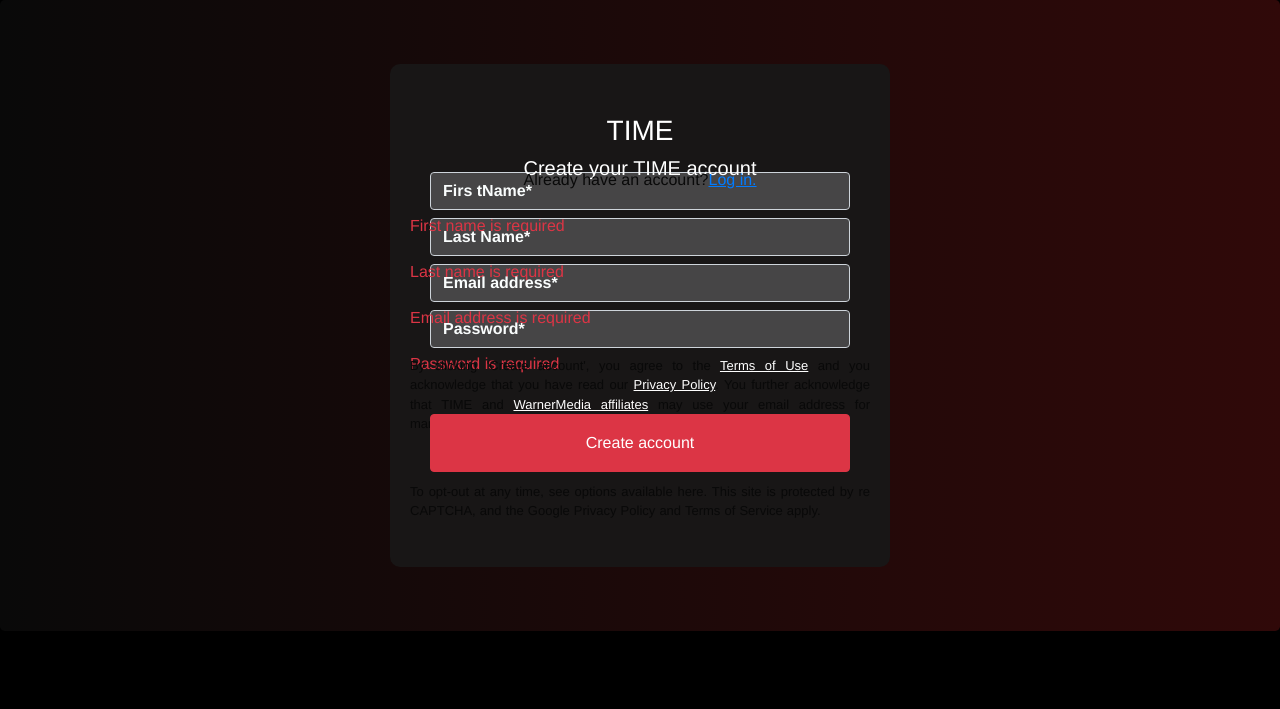
Repository: Vu14082002/WebTinTuc
Page: html/SignUp.html
The author's editor kept a copy of each file at every save. The page is drawn from the files as they stood at one save, then again after the next save.
The browser window is 1280 px wide. The pictures show the whole page.
Some web libraries are served in a nearby version.

Above is the page before, as saved 2022-04-09 14:42:49.

After the next save:
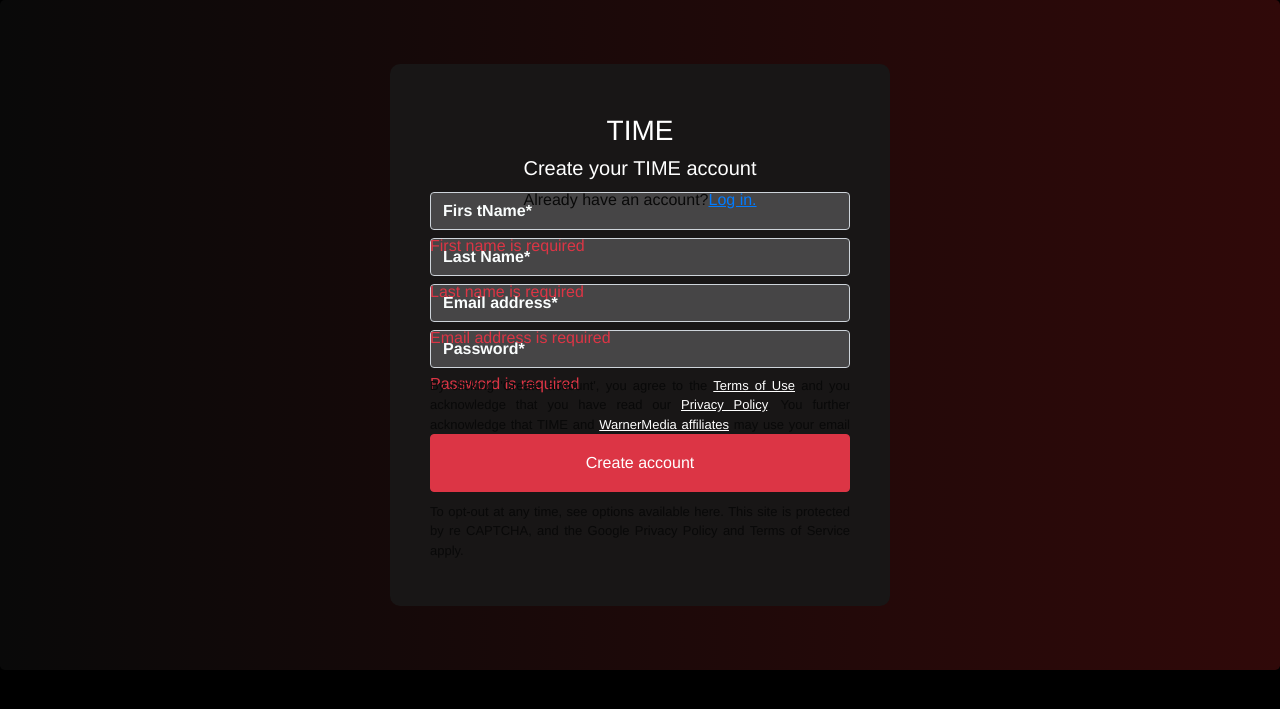
Saved 4 s later.
--- a/css/login.css
+++ b/css/login.css
@@ -59,5 +59,5 @@
     color: #090909 !important;
 }
 p {
-    margin: -20px;
+    margin-bottom: -20px;
 }
